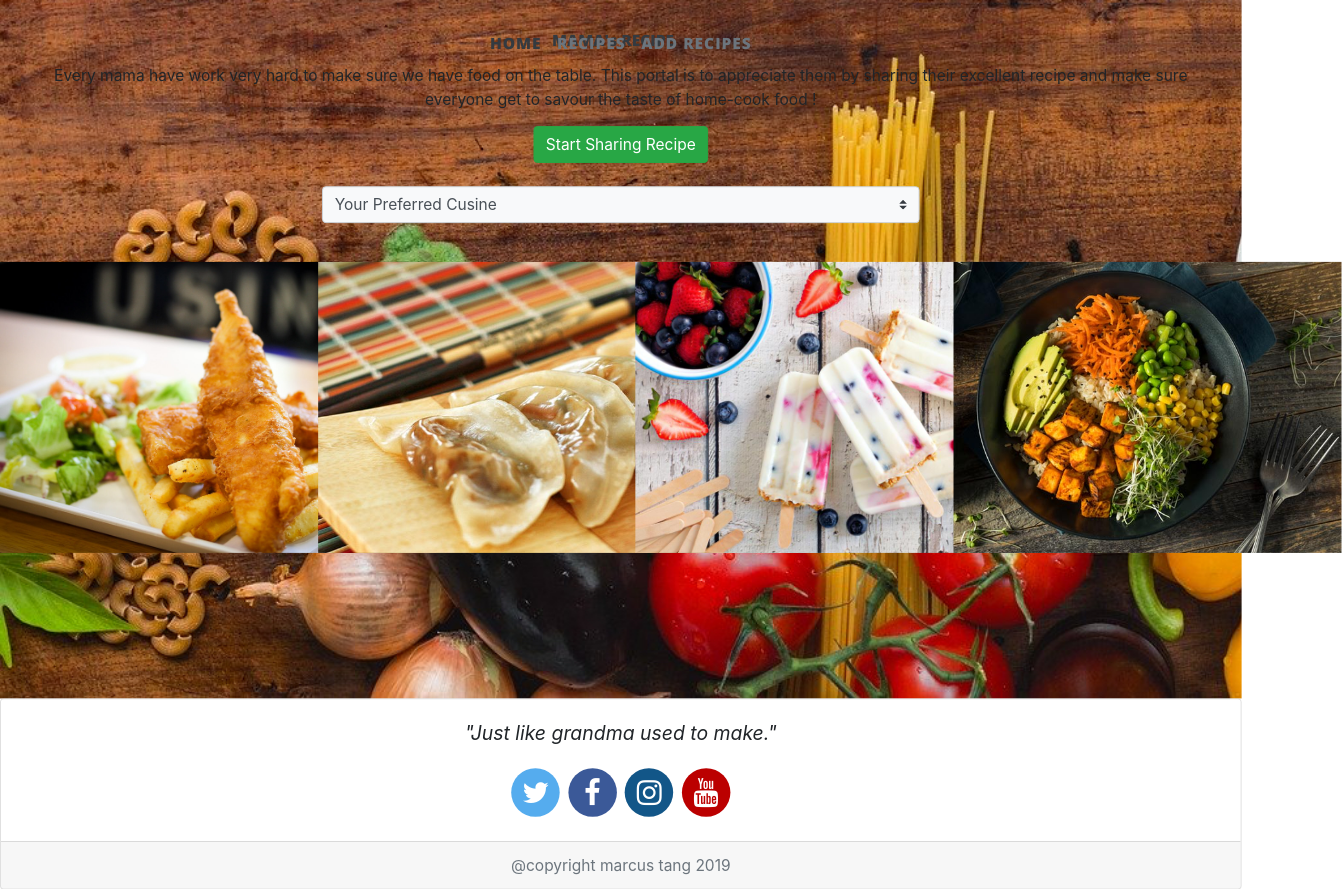
Repository: marstangg/mamasrecipes
Page: templates/index.html
The author's editor kept a record of every edit. The page is drawn from the files as they stood at one moment, then again after the next edit.
The browser window is 1280 px wide. The page is 1383 px wide, so the pictures cover 1383 px, including what lies to the right of the window. The pictures show the whole page, at 97% of full size.
Some web libraries are served in a nearby version. The page is served by the project's application, run on Flask 3 (main.py). The template is opened directly, without the code that normally fills it, so the values that code supplies are empty.

Above is the page before.

### templates/index.html
{% extends 'base.html' %}

{% block content %}
<main class='container-fluid p-0'>
  <!--Page Header -->
  <div class="d-md-none d-block p-4"></div>
  <header class="masthead d-flex justify-content-center align-items-center">
    <div class='d-md-w-50 d-w-100 p-4 text-center'>
      <h1 class='navbar-brand'>MAMA's RECIPE</h1>
      <p>Every mama have work very hard to make sure we have food on the table. This portal is to appreciate them by sharing their excellent recipe and make sure everyone get to savour the taste of home-cook food !</p>
      <a class="btn btn-success" href="{{url_for('recipe_add')}}">Start Sharing Recipe</a>

      <form>
        <div class='form-group mt-4'>
          <select class='custom-select w-50 bg-light' onchange ="if (this.value)window.location.href=this.value">
            <option class=''bg-danger value=""> Your Preferred Cusine</option>
            <option value="/recipe_search/all">All recipes</option>
            <option value="/recipe_search/chinese">Chinese</option>
            <option value="/recipe_search/indian">Indian</option>
            <option value="/recipe_search/malay">Malay</option>
            <option value="/recipe_search/western">Western</option>
          </select>
        </div>
      </form>
    </div>

    </div>
  </header>
  <!--MENU -->
  <div class="row">
    <div class="col-3 menu-box">
      <img src="static/img/western.jpg" alt="western">
    </div>
    <div class="col-3 menu-box">
      <img src="static/img/gyoza.jpg" alt="asian">
    </div>
    <div class="col-3 menu-box">
      <img src="static/img/dessert.jpg" alt="dessert">
    </div>
    <div class="col-3 menu-box">
      <img src="static/img/vege.jpg" alt="veg">
    </div>
  </div>
</main>
{% endblock %}

### templates/base.html
<!doctype html>
<html lang="en">

<head>
  <!-- Required meta tags -->
  <meta charset="utf-8">
  <meta name="viewport" content="width=device-width, initial-scale=1, shrink-to-fit=no">

  <!-- Custom fonts for this template -->
  <link rel="stylesheet" href="https://cdnjs.cloudflare.com/ajax/libs/font-awesome/4.7.0/css/font-awesome.min.css">
  <link href='https://fonts.googleapis.com/css?family=Lora:400,700,400italic,700italic' rel='stylesheet' type='text/css'>
  <link href='https://fonts.googleapis.com/css?family=Open+Sans:300italic,400italic,600italic,700italic,800italic,400,300,600,700,800' rel='stylesheet' type='text/css'>

  <!-- Bootstrap CSS -->
  <link rel="stylesheet" href="https://maxcdn.bootstrapcdn.com/bootstrap/4.0.0/css/bootstrap.min.css" integrity="sha384-Gn5384xqQ1aoWXA+058RXPxPg6fy4IWvTNh0E263XmFcJlSAwiGgFAW/dAiS6JXm" crossorigin="anonymous">

  <!-- Custom styles for this template -->
  <link href="/static/css/style.css" rel="stylesheet">

  <title>Mama's Recipe | A portal for everyone to share their mama's recipes</title>
</head>

<body>
  <!-- Navigation -->
  <nav class="navbar navbar-expand-lg navbar-light fixed-top {% block navbg %} bg-transparent {% endblock %}" id="mainNav">
    <div class="container">

      <button class="navbar-toggler navbar-toggler-right text-white" type="button" data-toggle="collapse" data-target="#navbarResponsive" aria-controls="navbarResponsive" aria-expanded="false" aria-label="Toggle navigation">
        Menu
      </button> {% block navbrand %} {% endblock %}
      <div class="collapse navbar-collapse" id="navbarResponsive">
        <ul class="navbar-nav mx-auto mt-4">
          <a class="nav-item mx-2 {% block navhome %} text-dark {% endblock %}" href="{{url_for('index')}}"> Home </a>
          <a class="nav-item mx-2 {% block navrecipes %} text-secondary {% endblock %}" href="{{url_for('recipes')}}"> Recipes</a>
          <a class="nav-item mx-2 {% block navadd %} text-secondary {% endblock %}" href="{{url_for('recipe_add')}}"> Add Recipes</a>
        </ul>
      </div>
    </div>
  </nav>

  {% block content %} {% endblock %}

  <footer>
    <div class="card text-center">
      <div class="card-body">
        <!--<h5 class="card-title">""</h5>-->
        <blockquote class="blockquote">
          <p class="mb-0 font-italic">"Just like grandma used to make."</p>
        </blockquote>

        <div>
          <a href="#" class="fa fa-twitter"></a>
          <a href="#" class="fa fa-facebook"></a>
          <a href="#" class="fa fa-instagram"></a>
          <a href="#" class="fa fa-youtube"></a>
    </div>

      </div>
      <div class="card-footer text-muted">
        @copyright marcus tang 2019
      </div>
    </div>
  </footer>
  <!-- Optional JavaScript -->
  <!-- jQuery first, then Popper.js, then Bootstrap JS -->
  <script src="https://code.jquery.com/jquery-3.2.1.slim.min.js" integrity="sha384-KJ3o2DKtIkvYIK3UENzmM7KCkRr/rE9/Qpg6aAZGJwFDMVNA/GpGFF93hXpG5KkN" crossorigin="anonymous"></script>
  <script src="https://cdnjs.cloudflare.com/ajax/libs/popper.js/1.12.9/umd/popper.min.js" integrity="sha384-ApNbgh9B+Y1QKtv3Rn7W3mgPxhU9K/ScQsAP7hUibX39j7fakFPskvXusvfa0b4Q" crossorigin="anonymous"></script>
  <script src="https://maxcdn.bootstrapcdn.com/bootstrap/4.0.0/js/bootstrap.min.js" integrity="sha384-JZR6Spejh4U02d8jOt6vLEHfe/JQGiRRSQQxSfFWpi1MquVdAyjUar5+76PVCmYl" crossorigin="anonymous"></script>
</body>

</html>

### main.py
from flask import Flask, render_template, request
import os

app = Flask(__name__)

@app.route("/")
def index():
    return render_template("index.html")

if __name__  == '__main__':
    app.run(host=os.environ.get('IP'),
            port=int(os.environ.get('PORT')),
            debug=True)

Loaded but not shown: static/css/style.css (common file)

After the next edit:
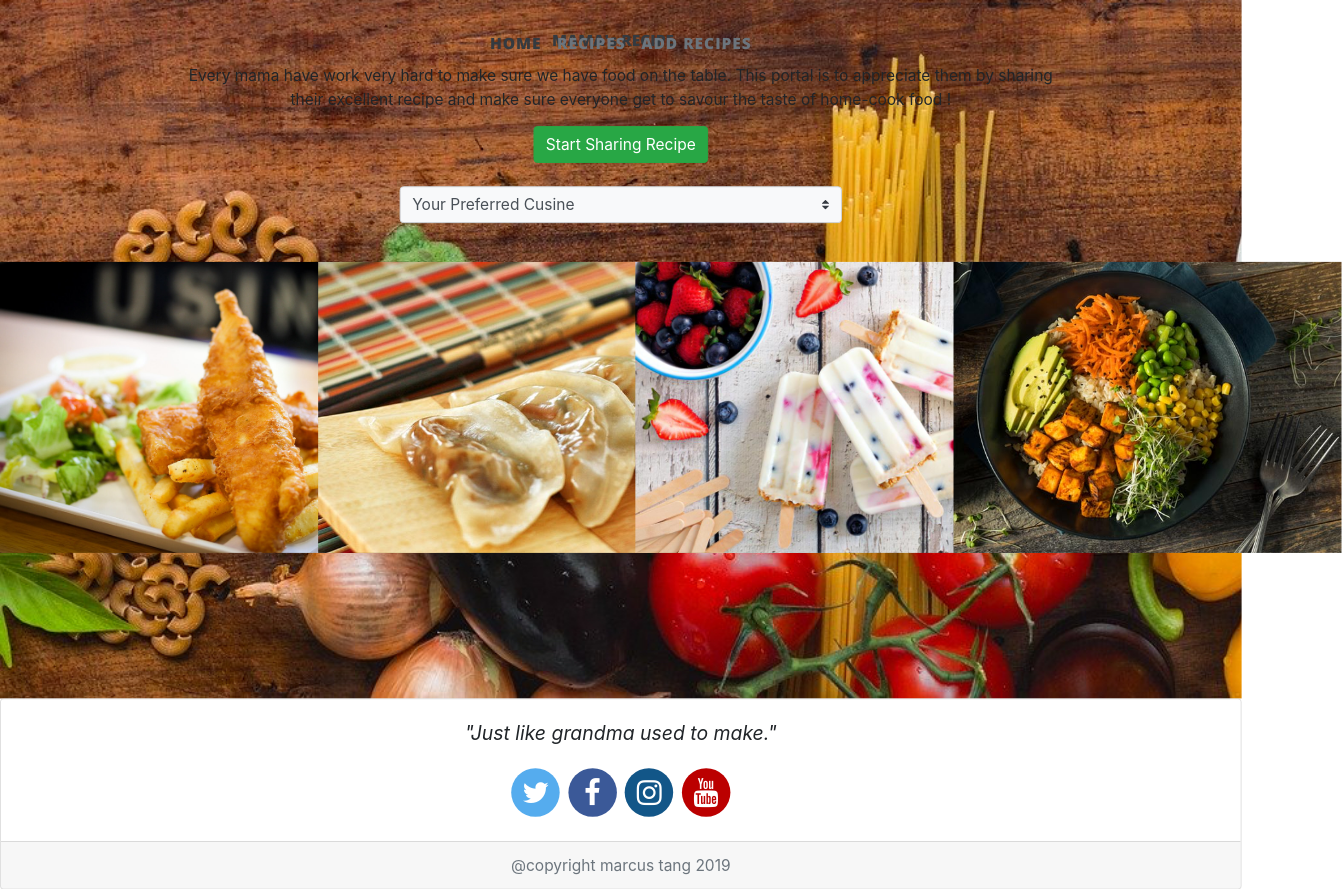
The edit:
--- a/templates/index.html
+++ b/templates/index.html
@@ -5,7 +5,7 @@
   <!--Page Header -->
   <div class="d-md-none d-block p-4"></div>
   <header class="masthead d-flex justify-content-center align-items-center">
-    <div class='d-md-w-50 d-w-100 p-4 text-center'>
+    <div class='w-75 p-4 text-center'>
       <h1 class='navbar-brand'>MAMA's RECIPE</h1>
       <p>Every mama have work very hard to make sure we have food on the table. This portal is to appreciate them by sharing their excellent recipe and make sure everyone get to savour the taste of home-cook food !</p>
       <a class="btn btn-success" href="{{url_for('recipe_add')}}">Start Sharing Recipe</a>
